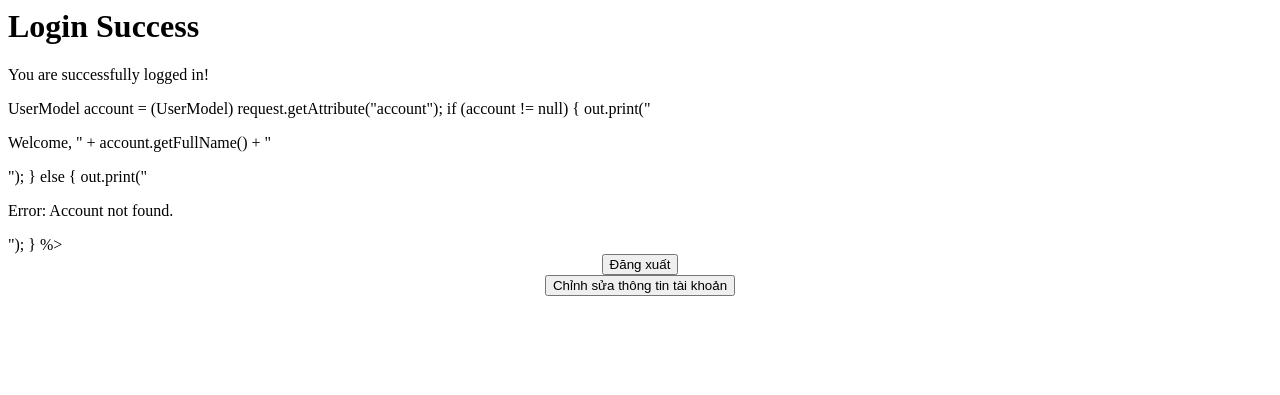
Repository: Carwyn1101/NguyenDinhHongPhuc_22133041
Page: http://localhost/LapTrinhWeb/views/login_success.jsp
The author's editor kept a copy of each file at every save. The page is drawn from the files as they stood at one save, then again after the next save.
The browser window is 1280 px wide. The pictures show the whole page.
The page is served by Tomcat 10. Nobody is signed in. The application's start-up code is not run. Other server files are loaded and not shown. The template is opened directly, without the code that normally fills it, so the values that code supplies are empty.

Above is the page before, as saved 2024-09-23 05:21:58.

### LapTrinhWeb/src/main/webapp/views/login_success.jsp
<%@page import="LapTrinhWeb_Cha.models.UserModel"%>
<%@page import="LapTrinhWeb_Cha.controllers.WaitingController"%>
<%@ page language="java" contentType="text/html; charset=UTF-8"
	pageEncoding="UTF-8"%>
<html>
<meta http-equiv="Content-Type" content="text/html; charset=UTF-8">
<title>Login Success</title>
<div class="container">
	<h1>Login Success</h1>
	<p>You are successfully logged in!</p>
	UserModel account = (UserModel) request.getAttribute("account"); if
	(account != null) { out.print("
	<p>Welcome, " + account.getFullName() + "</p>
	"); } else { out.print("
	<p>Error: Account not found.</p>
	"); } %>
</div>
<body>

	<div class="form-group mt-3" align="center">
		<button type="button" class="btn btn-primary"
			onclick="window.location.href='${pageContext.request.contextPath}/logout'">Đăng
			xuất</button>
	</div>
	<div class="form-group mt-3" align="center">
		<button type="button" class="btn btn-primary"
			onclick="window.location.href='${pageContext.request.contextPath}/profile'">Chỉnh
			sửa thông tin tài khoản</button>
	</div>



</body>






</html>

After the next save:
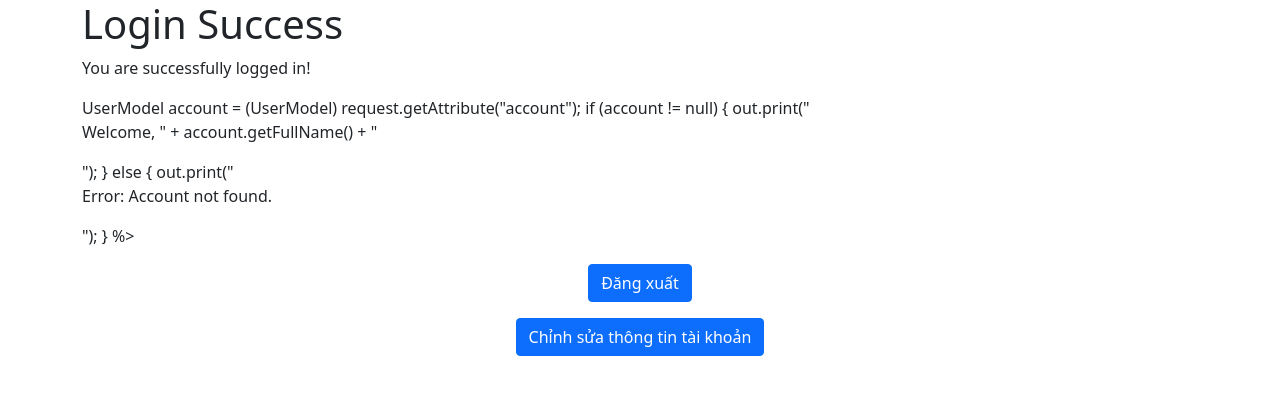
Saved 9 min 47 s later.
--- a/LapTrinhWeb/src/main/webapp/views/login_success.jsp
+++ b/LapTrinhWeb/src/main/webapp/views/login_success.jsp
@@ -4,6 +4,9 @@
 	pageEncoding="UTF-8"%>
 <html>
 <meta http-equiv="Content-Type" content="text/html; charset=UTF-8">
+<link
+	href="https://cdn.jsdelivr.net/npm/bootstrap@5.0.2/dist/css/bootstrap.min.css"
+	rel="stylesheet">
 <title>Login Success</title>
 <div class="container">
 	<h1>Login Success</h1>
